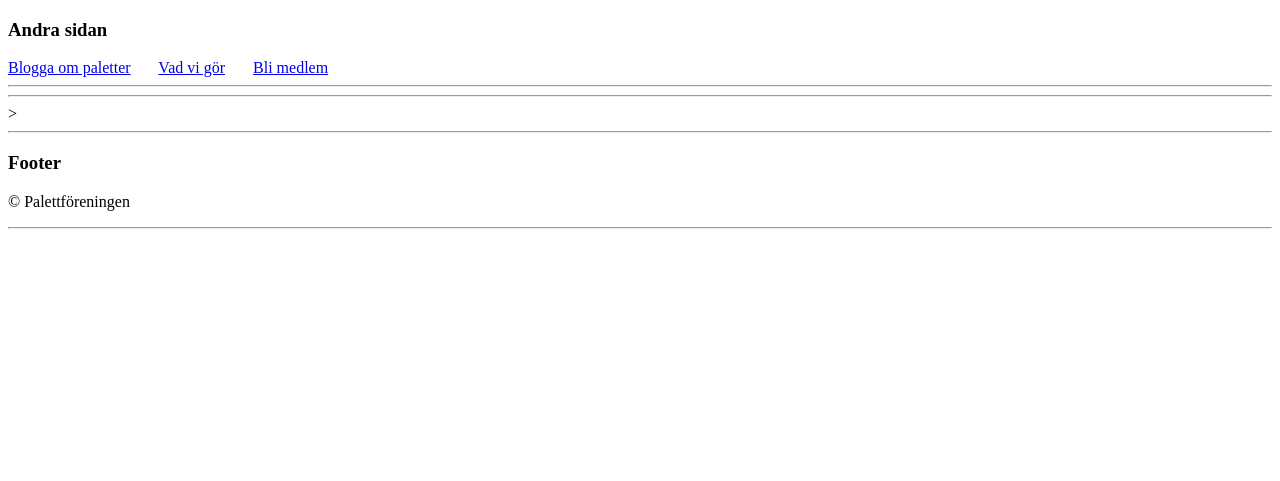
Repository: Webutveckling-20-21/Uppgift-1
Page: verksamheten.html
The author's editor kept a copy of each file at every save. The page is drawn from the files as they stood at one save, then again after the next save.
The browser window is 1280 px wide. The pictures show the whole page.

Above is the page before, as saved 2021-09-07 11:36:53.

After the next save:
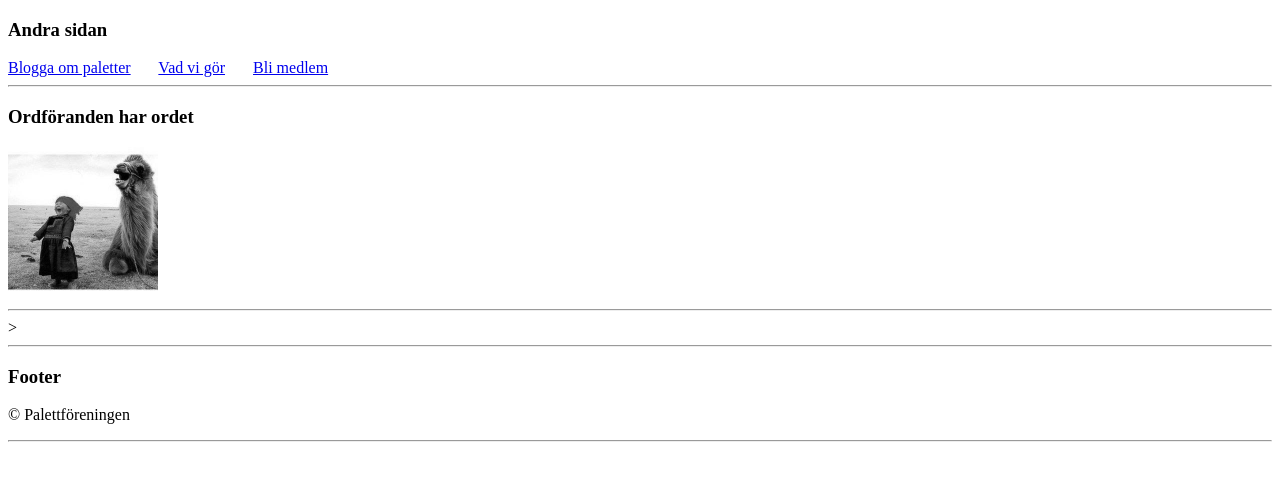
Saved 5 s later.
--- a/verksamheten.html
+++ b/verksamheten.html
@@ -20,6 +20,11 @@
     <hr>
     <main>
 
+            <h3>Ordföranden har ordet</h3>
+
+            <img src="images/ordförande pa excursion.jpg" width="150" height="150" alt="Ordförande berättar." />
+        </article
+
     </main>
     <hr>
     <aside>
